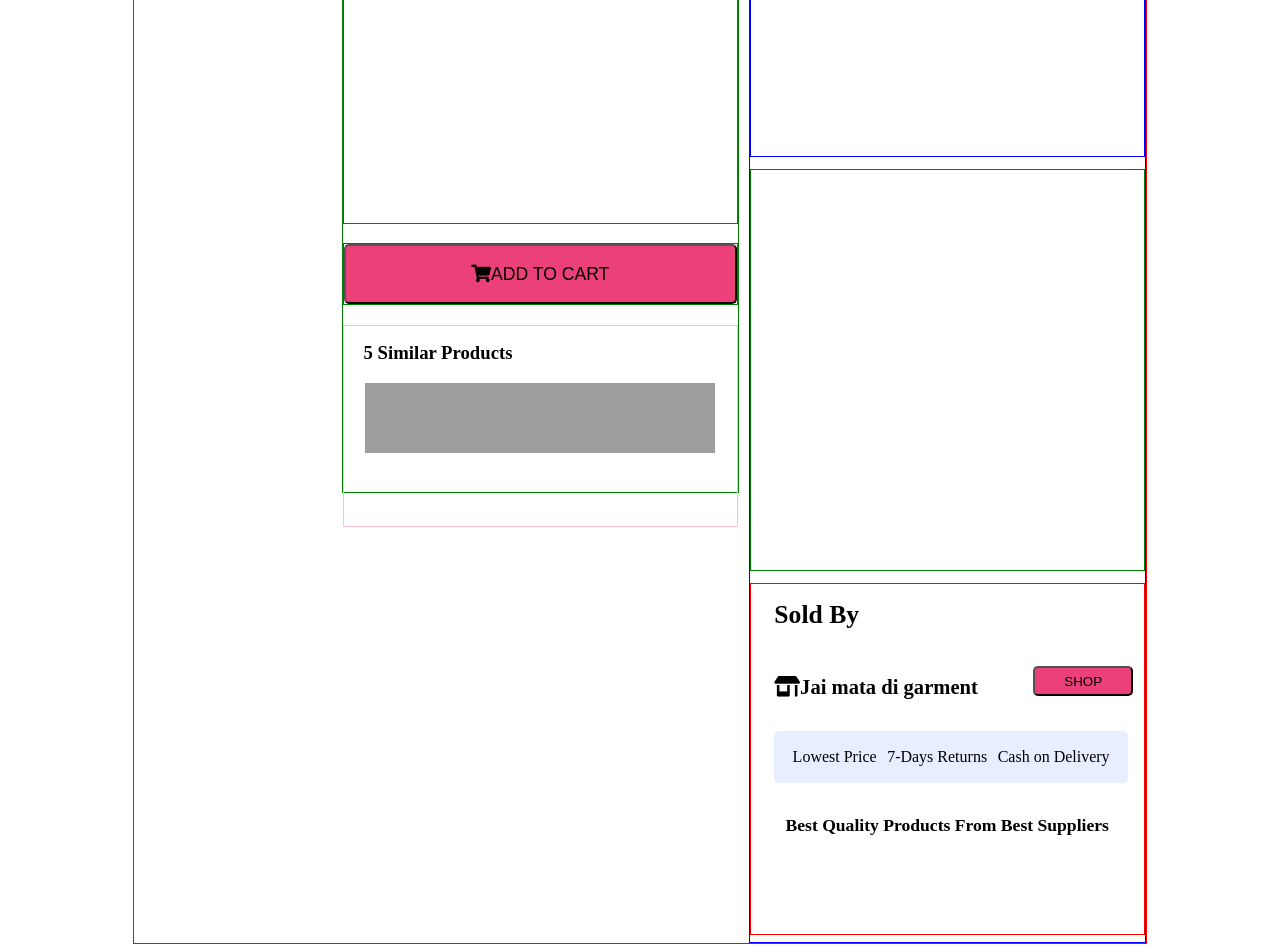
Repository: deepakxxxx/meesho
Page: catelog.html
These files come from the project's save history. The page is drawn as it stood at one moment and after the next save; the edit follows.
The browser window is 1280 px wide. The pictures show the part of the page from y = 419 to 1371 px (the page is 1371 px tall).
Pictures or frames that could not be fetched are drawn as grey boxes. A picture or video elsewhere on the page could not be fetched, so the positions and the page height are approximate.

Above is the page before, as saved 2021-11-06 17:55:04.

After the next save:
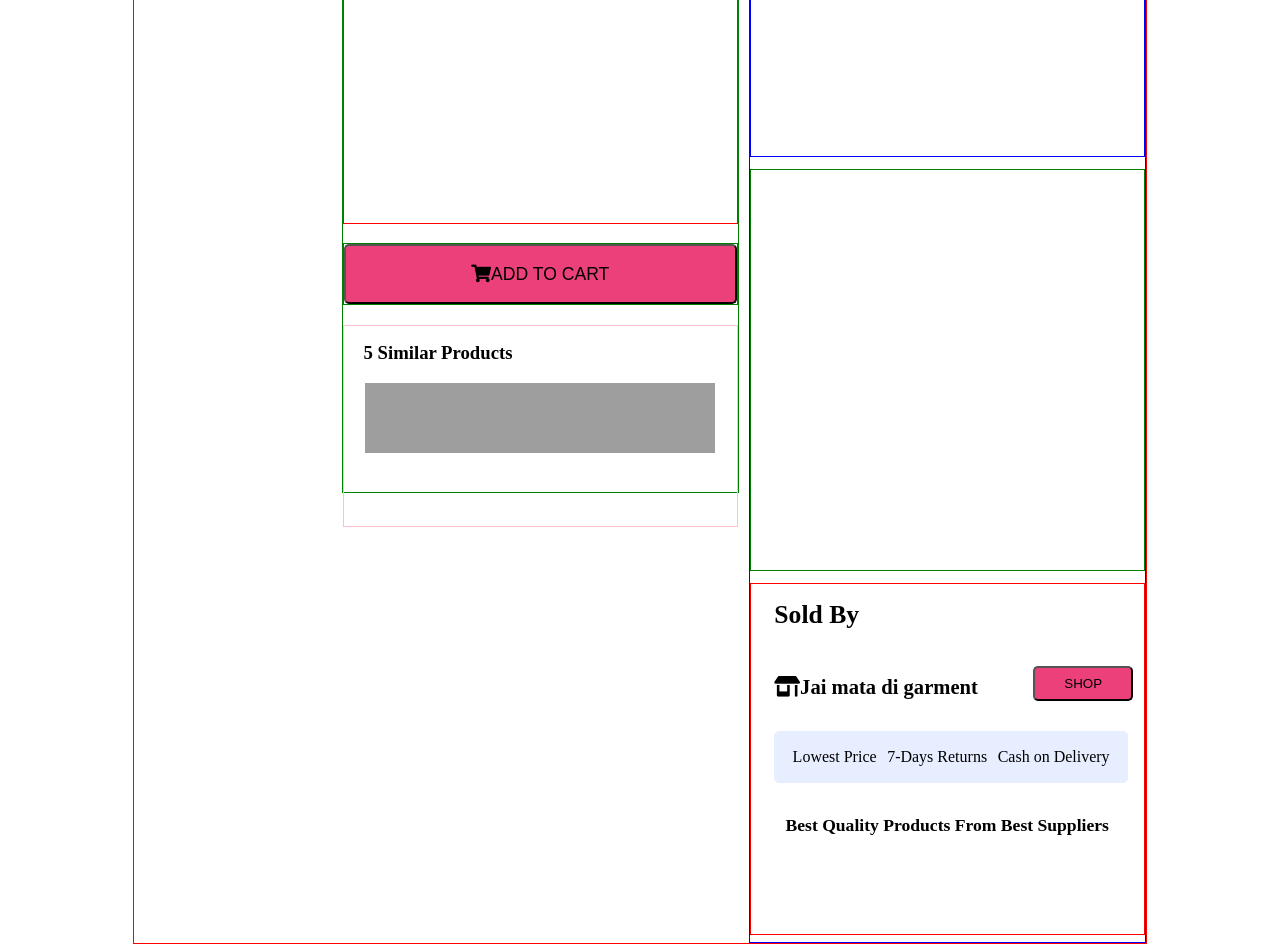
Saved 8 s later.
--- a/catelog.html
+++ b/catelog.html
@@ -225,7 +225,7 @@
     }
     #sho > button{
         width: 100px;
-        height: 30px;
+        height: 35px;
         margin-top: 3%;
         background-color: #EC407A;
         border-radius: 5px;
